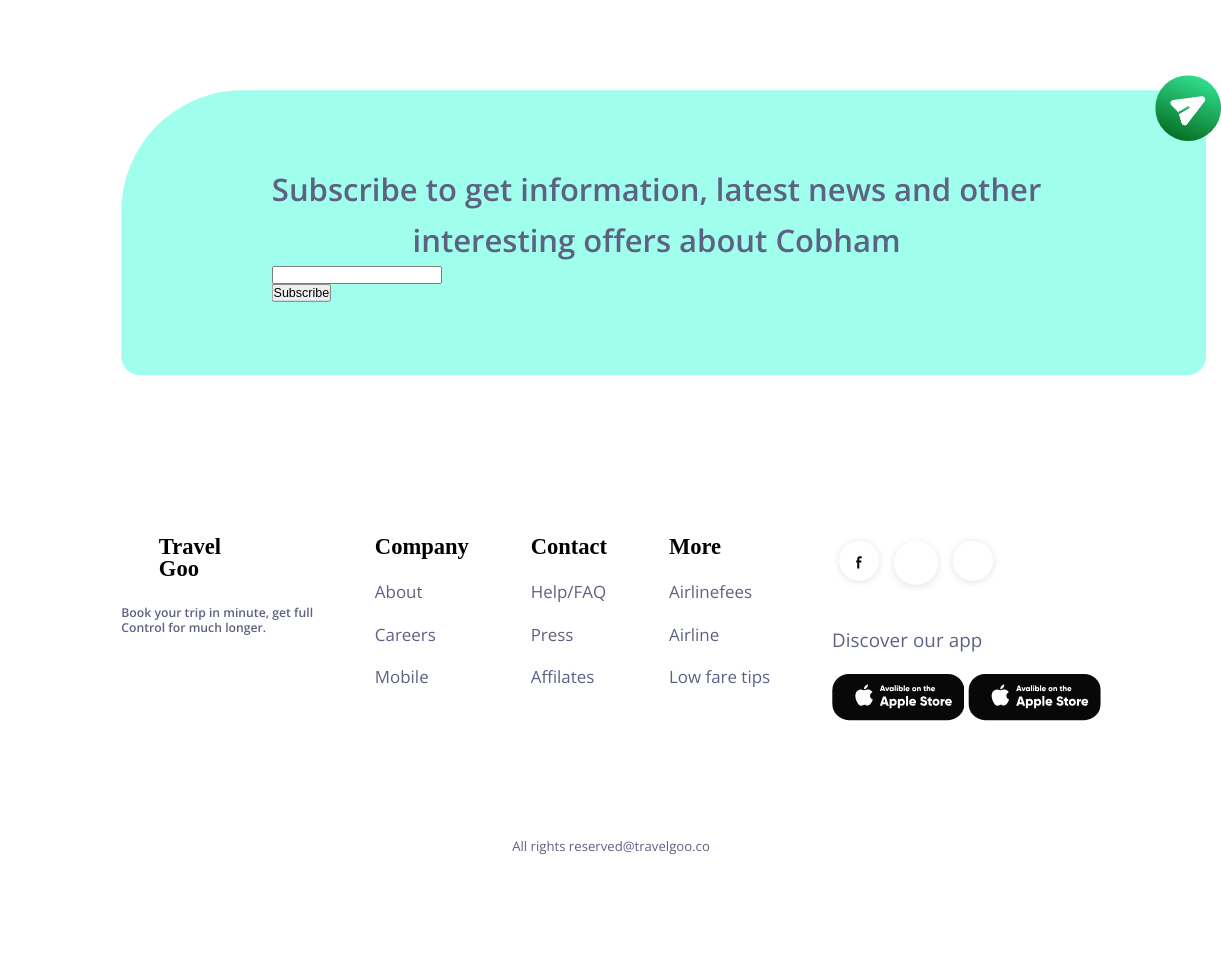
Repository: HeybetzadeQedim/task-5
Page: index.html
An editor plug-in stored every save of this project. The page is shown before and after the next save, followed by the edit.
The browser window is 1280 px wide. The page is 1299 px wide, so the pictures cover 1299 px, including what lies to the right of the window. The pictures show the whole page, at 94% of full size.
Some web fonts or font styles are not loaded; a fallback is used.

Above is the page before, as saved 2023-10-16 16:15:17.

### index.html
<!DOCTYPE html>
<html lang="en">
  <head>
    <meta charset="UTF-8" />
    <meta name="viewport" content="width=device-width, initial-scale=1.0" />
    <title>Document</title>
    <link rel="stylesheet" href="./index.css" />
  </head>
  <body>
    <div class="container">
      <div class="relative-container">
        <div class="box-container">
          <h1>
            Subscribe to get information, latest news and other interesting
            offers about Cobham
          </h1>

  <form action="">

    <div class="input-box">

        <input type="text">
    </div>
    <button>Subscribe</button>
  </form>
        </div>
        <div class="image-container">
          <img src="images/Group 77 (1).svg" />
        </div>
      </div>

      <div class="main-container">
        <div class="main-box">
          <div class="position-container">
            <h2>
              Travel<br />
              Goo
            </h2>
            <p>
              Book your trip in minute, get full<br />
              Control for much longer.
            </p>
          </div>


            <ul>
                <h2>Company</h2>
              <li>About</li>
              <li>Careers</li>
              <li>Mobile</li>
            </ul>

            <ul>
                <h2>Contact</h2>
              <li>Help/FAQ</li>
              <li>Press</li>
              <li>Affilates</li>
            </ul>
            <ul>
                <h2>More</h2>
              <li>Airlinefees</li>
              <li>Airline</li>
              <li>Low fare tips</li>
</ul>
          <div class="last-container">
            <div class="circle-box">
                <img src="images/Social.svg" />
                <img src="images/Background (1).svg" />
                <img src="images/Background (1).svg" />
            </div>
           <p>Discover our app</p>
      <div class="buttons-box">
              <img src="images/Play Store.svg" />
            <img src="images/Play Store.svg" />
      </div>
          </div>
        </div>
        <div class="footer-box">
          <p>All rights reserved@travelgoo.co</p>
        </div>
      </div>
    </div>
  </body>
</html>

### index.css
@import url("https://fonts.googleapis.com/css2?family=Laila:wght@700&family=Montserrat&family=Open+Sans:wght@400;600;700&display=swap");
* {
  padding: 0;
  margin: 0;
  box-sizing: border-box;
}
.container {
  padding: 96px 109px 64px 129px;
}
.box-container {
  padding: 79px 175px 78px 160px;
  border-radius: 0px 24px 0px 50px;
  display: inline-block;
  background: #9fffec;
  border-radius: 129px 20px 20px 20px;
}
.box-container h1 {
  width: 819px;
  color: var(--TEXT-CLR, #5e6282);
  text-align: center;
  font-family: Open Sans;
  font-size: 33px;
  font-style: normal;
  font-weight: 600;
  line-height: 54px; /* 163.636% */
}
.box-container img:first-child {
  width: 70px;
  height: 70px;
}
.image-container {
  position: absolute;
  top: -16px;
  right: 0;
}
.relative-container {
  width: 1170px;
  position: relative;
  margin-bottom: 170px;
}
.flex-container {
  display: flex;
}
.flex-container-2 {
  margin-top: 75px;
  padding: 25px 0 25px 31px;
  width: 421px;
  display: flex;
  border-radius: 10px;
  background: var(--white, #fff);
}
.flex-container-2 img:first-child {
  width: 21px;
  height: 18px;
}
.flex-container-2 p {
  margin-left: 14px;
  color: var(--TEXT-COLOR, #39425d);
  font-family: Montserrat;
  font-size: 14px;
  font-style: normal;
  font-weight: 400;
  line-height: normal;
}
.button-container p {
  margin-top: 80px;
  margin-left: 24px;
  padding: 22px 50px 23px 50px;
  border-radius: 10px;
  background-color: #00a651;
  display: inline-block;
  color: var(--white, #fff);
  text-align: center;
  font-family: Open Sans;
  font-size: 17px;
  font-style: normal;
  font-weight: 600;
  line-height: normal;
}
.main-container .main-box {
  display: flex;
  justify-content: space-between;
}
.position-container {
  /* position: absolute; */
}
.main-container h2 {
  margin-bottom: 25px;
  /* margin-left: 40px; */
  color: #000;
  font-family: Laila;
  font-size: 24px;
  font-style: normal;
  font-weight: 700;
  line-height: 102.5%;
}
.position-container h2 {
  margin-left: 40px;
}
.main-container p {
  color: var(--TEXT-CLR, #5e6282);
  font-family: Open Sans;
  font-size: 13px;
  font-style: normal;
  font-weight: 600;
  line-height: 124.5%;
}
ul h2 {
  margin-bottom: 47px;
}

ul li {
  margin-bottom: 23px;
  list-style-type: none;
  color: var(--TEXT-CLR, #5e6282);
  font-family: Open Sans;
  font-size: 18px;
  font-style: normal;
  font-weight: 400;
  line-height: 124.5%;
}

.last-container p {
  /* margin-right: 160px; */
  margin-bottom: 22px;
  margin-top: 37px;
  color: var(--TEXT-CLR, #5e6282);
  font-family: Open Sans;
  font-size: 20px;
  font-style: normal;
  font-weight: 400;
  line-height: 124.5%;
  letter-spacing: 0.1px;
}
.last-container .circle-box img:first-child {
  width: 58px;
  height: 58px;
}
.last-container .circle-box img:nth-child(2) {
  width: 63px;
  height: 63px;
}
.last-container .circle-box img:nth-child(3) {
  /* margin-right: 150px; */
  width: 58px;
  height: 58px;
}

.footer-box p {
  margin-top: 120px;
  margin-bottom: 64px;
  text-align: center;
  color: var(--TEXT-CLR, #5e6282);
  font-family: Open Sans;
  font-size: 14px;
  font-style: normal;
  font-weight: 400;
  line-height: 124.5%;
}

.circle-box {
  display: flex;
}

After the next save:
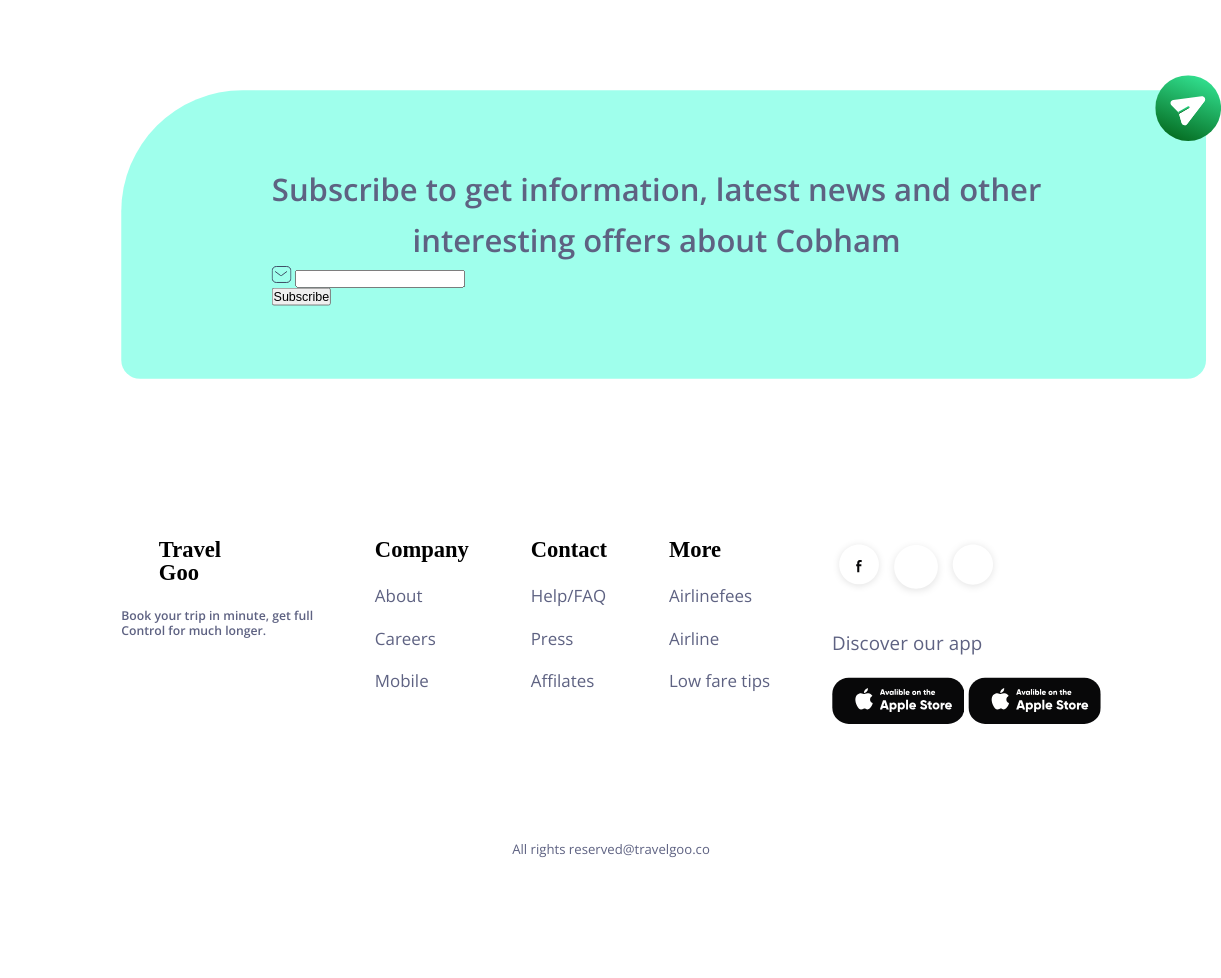
Saved 12 s later.
--- a/index.html
+++ b/index.html
@@ -18,7 +18,10 @@
   <form action="">
 
     <div class="input-box">
-
+        <svg xmlns="http://www.w3.org/2000/svg" width="21" height="18" viewBox="0 0 21 18" fill="none">
+            <path d="M4 6L9.4 10.05C9.75556 10.3167 10.2444 10.3167 10.6 10.05L16 6" stroke="#39425D" stroke-linecap="round"/>
+            <rect x="0.5" y="0.5" width="20" height="17" rx="4.5" stroke="#39425D"/>
+            </svg>
         <input type="text">
     </div>
     <button>Subscribe</button>
